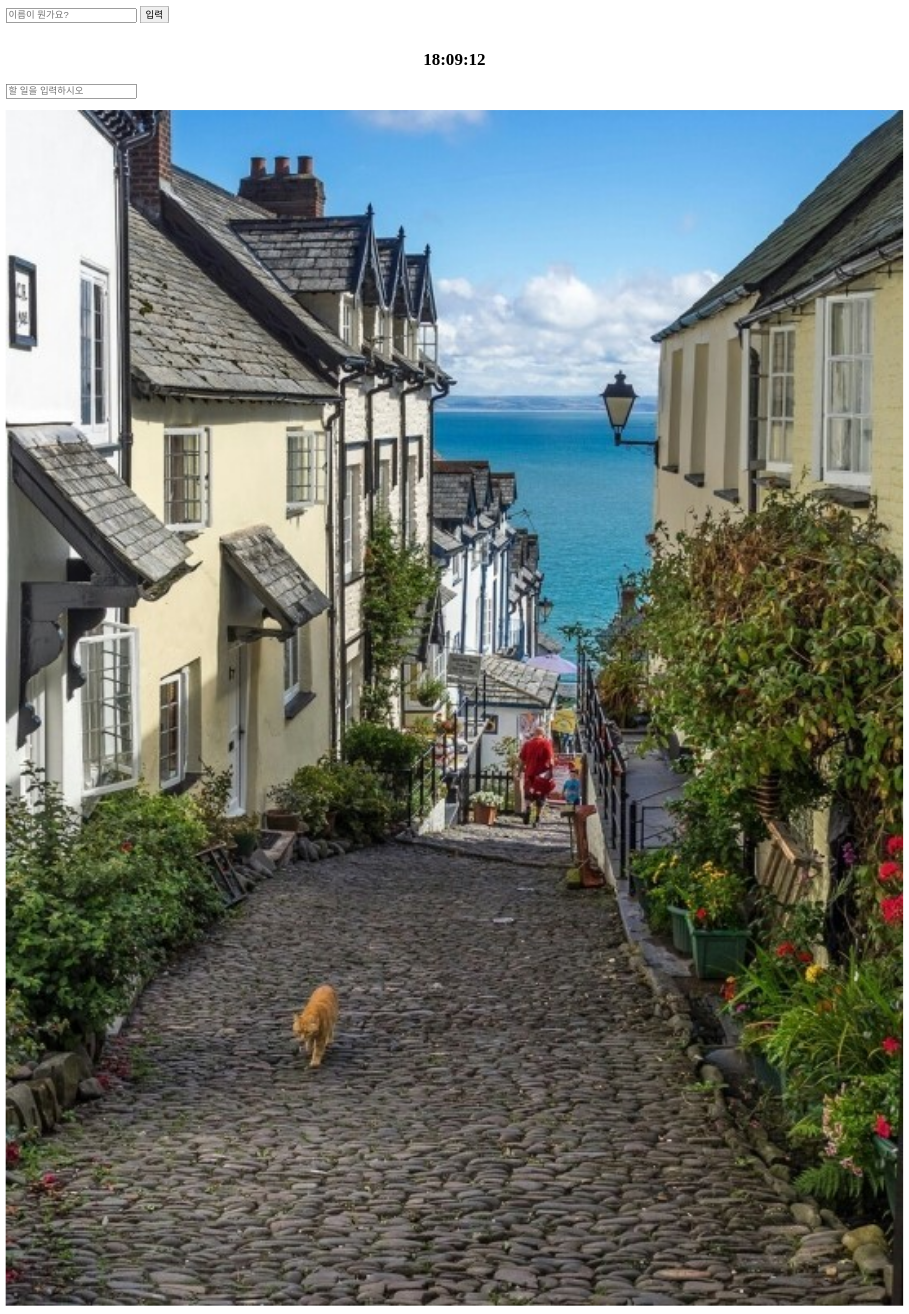
Repository: jun01270/F-E-practice
Page: index.html
These files come from the project's save history. The page is drawn as it stood at one moment and after the next save; the edit follows.
The browser window is 1280 px wide. The pictures show the whole page, at 71% of full size.

Above is the page before, as saved 2023-01-09 18:15:23.
Console error: TypeError: Cannot read properties of null (reading 'addEventListener')

### index.html
<!DOCTYPE html>
<html lang="en">
  <head>
    <meta charset="UTF-8" />
    <meta http-equiv="X-UA-Compatible" content="IE=edge" />
    <meta name="viewport" content="width=device-width, initial-scale=1.0" />
    <link rel="stylesheet" href="/css/style.css" />
    <title>Document</title>
  </head>
  <body>
    <div id="wrapper">
      <form id="userName-form" class="hidden">
        <input required type="text" placeholder="이름이 뭔가요?" />
        <input type="submit" value="입력" />
      </form>
      <br />
      <h2 id="clock">00:00:00</h2>
      <form id="todo-form">
        <input type="text" placeholder="할 일을 입력하시오" />
      </form>
      <ul id="todo-list"></ul>
      <div id="quote">
        <span></span>
        <span></span>
      </div>
    </div>
    <script src="/js/greeting.js"></script>
    <script src="/js/clock.js"></script>
    <script src="/js/quotes.js"></script>
    <script src="/js/background.js"></script>
    <script src="js/todo.js"></script>
    <script src="/js/weather.js"></script>
  </body>
</html>

### css/style.css
.hidden {
  display: none;
}

#background {
  width: 100%;
  height: 100%;
}

#clock {
  display: flex;
  justify-content: center;
  align-items: center;
}

### js/greeting.js
const userNameBtn = document.querySelector("#userName-form submit");
const userName = document.querySelector("#userName-form input");
const loginForm = document.querySelector("#userName-form");
const firstH1 = document.getElementById("result");
const SavedUserName = localStorage.getItem("username");
const HIDDEN_CLASSNAME = "hidden";
const toStart = document.querySelector("button.boom");

function loginResult(e) {
  e.preventDefault();
  loginForm.classList.add(HIDDEN_CLASSNAME);
  const userName1 = userName.value;
  localStorage.setItem("username", userName1);
  paintUserName();
}

function paintUserName() {
  const userName1 = localStorage.getItem("username");
  firstH1.innerText = `Hello ${userName1}`;
  firstH1.classList.remove(HIDDEN_CLASSNAME);
}

if (SavedUserName === null) {
  loginForm.classList.remove(HIDDEN_CLASSNAME);
  loginForm.addEventListener("submit", loginResult);
} else {
  paintUserName();
}

function deleteUserName() {
  localStorage.removeItem("username");
  location.reload();
}

toStart.addEventListener("click", deleteUserName);
console.log(toStart.className);

### js/clock.js
const clock = document.querySelector("h2#clock");

function getClock() {
  const date = new Date();
  let Hours = String(date.getHours()).padStart(2, "0");
  let Minutes = String(date.getMinutes()).padStart(2, "0");
  let Seconds = String(date.getSeconds()).padStart(2, "0");
  console.log(`${date.getHours()}:${date.getMinutes()}:${date.getSeconds()}`);
  clock.innerText = `${Hours}:${Minutes}:${Seconds}`;
}

getClock();
setInterval(getClock, 1000);

### js/quotes.js
const quotes = [
  {
    quote: "삶이 있는 한 희망은 있다",
    author: "-키케로",
  },
  {
    quote: "산다는것 그것은 치열한 전투이다.",
    author: "-로망로랑",
  },
  {
    quote: "하루에 3시간을 걸으면 7년 후에 지구를 한바퀴 돌 수 있다. ",
    author: "-사무엘존슨",
  },
  {
    quote: "언제나 현재에 집중할수 있다면 행복할것이다. ",
    author: "-파울로 코엘료",
  },
  {
    quote:
      "진정으로 웃으려면 고통을 참아야하며 , 나아가 고통을 즐길 줄 알아야 해 ",
    author: "-찰리 채플린",
  },
  {
    quote: "직업에서 행복을 찾아라. 아니면 행복이 무엇인지 절대 모를 것이다 ",
    author: "-엘버트 허버드",
  },
  {
    quote: "신은 용기있는자를 결코 버리지 않는다 ",
    author: "-켄러",
  },
  {
    quote:
      "행복의 문이 하나 닫히면 다른 문이 열린다 그러나 우리는 종종 닫힌 문을 멍하니 바라보다가 우리를 향해 열린 문을 보지 못하게 된다 ",
    author: "–헬렌켈러",
  },
  {
    quote: "피할수 없으면 즐겨라 ",
    author: "–로버트 엘리엇",
  },
];
const quoteCount = quotes.length;
const quote = document.querySelector("#quote span:first-child");
const author = document.querySelector("#quote span:last-child");
const todaysQuote = quotes[Math.floor(Math.random() * quoteCount)];

function showQuote() {
  console.log(quotes[Math.floor(Math.random() * quoteCount)]);
  quote.innerText = todaysQuote.quote;
  author.innerText = todaysQuote.author;
}

// setInterval(showQuote, 1000);

### js/background.js
const images = ["flower.jpg", "street.jpg", "tree.jpg"];
const chosenImage = images[Math.floor(Math.random() * images.length)];
const bgImage = document.createElement("img");
bgImage.id = "background";
console.log(bgImage.id);

bgImage.src = `img/${chosenImage}`;

document.body.appendChild(bgImage);

### js/todo.js
const toDoForm = document.getElementById("todo-form");
const toDoInput = document.querySelector("#todo-form input");
const toDoLi = document.querySelector("#todo-list li");
const toDoList = document.getElementById("todo-list");
const TODOS_KEY = "todos";
let toDos = [];

function saveToDoLists() {
  localStorage.setItem(TODOS_KEY, JSON.stringify(toDos));
}

function deleteToDo(e) {
  const todoLi = e.target.parentNode;
  todoLi.remove();
  const cleanToDos = toDos.filter((toDo) => toDo.id !== todoLi.id);
  toDos = cleanToDos;
  saveToDoLists();
}

function paintToDo(newToDoObj) {
  const listOfToDo = document.createElement("li");
  listOfToDo.id = newToDoObj.Id;
  const span = document.createElement("span");
  span.innerText = newToDoObj.text;
  const deleteButton = document.createElement("button");
  deleteButton.innerText = "X";
  deleteButton.addEventListener("click", deleteToDo);
  listOfToDo.appendChild(span);
  listOfToDo.appendChild(deleteButton);
  toDoList.appendChild(listOfToDo);
}

function handleToDoSubmit(e) {
  e.preventDefault();
  const newToDo = toDoInput.value;
  toDoInput.value = "";
  const newToDoObj = {
    text: newToDo,
    id: toDos.length + 1,
  };
  toDos.push(newToDoObj);
  paintToDo(newToDoObj);
  saveToDoLists();
}

toDoForm.addEventListener("submit", handleToDoSubmit);

const getToDo = localStorage.getItem(TODOS_KEY);
if (getToDo !== null) {
  const parseToDo = JSON.parse(getToDo);
  toDos = parseToDo;
  parseToDo.forEach(paintToDo);
}

### js/weather.js
const API_KEY = "fbf7375beaa21a73574692bdaef4a2e7";

function onGeoSuc(position) {
  const lat = position.coords.latitude;
  const lon = position.coords.longitude;
  console.log("Your position is", lat, lon);
  const url = `https://api.openweathermap.org/geo/1.0/reverse?lat=${lat}&lon=${lon}&limit={limit}&appid=${API_KEY}`;
  console.log(url);
}

function onGeoErr() {
  alert("위치를 찾을 수 없습니다.");
}
navigator.geolocation.getCurrentPosition(onGeoSuc, onGeoErr);

After the next save:
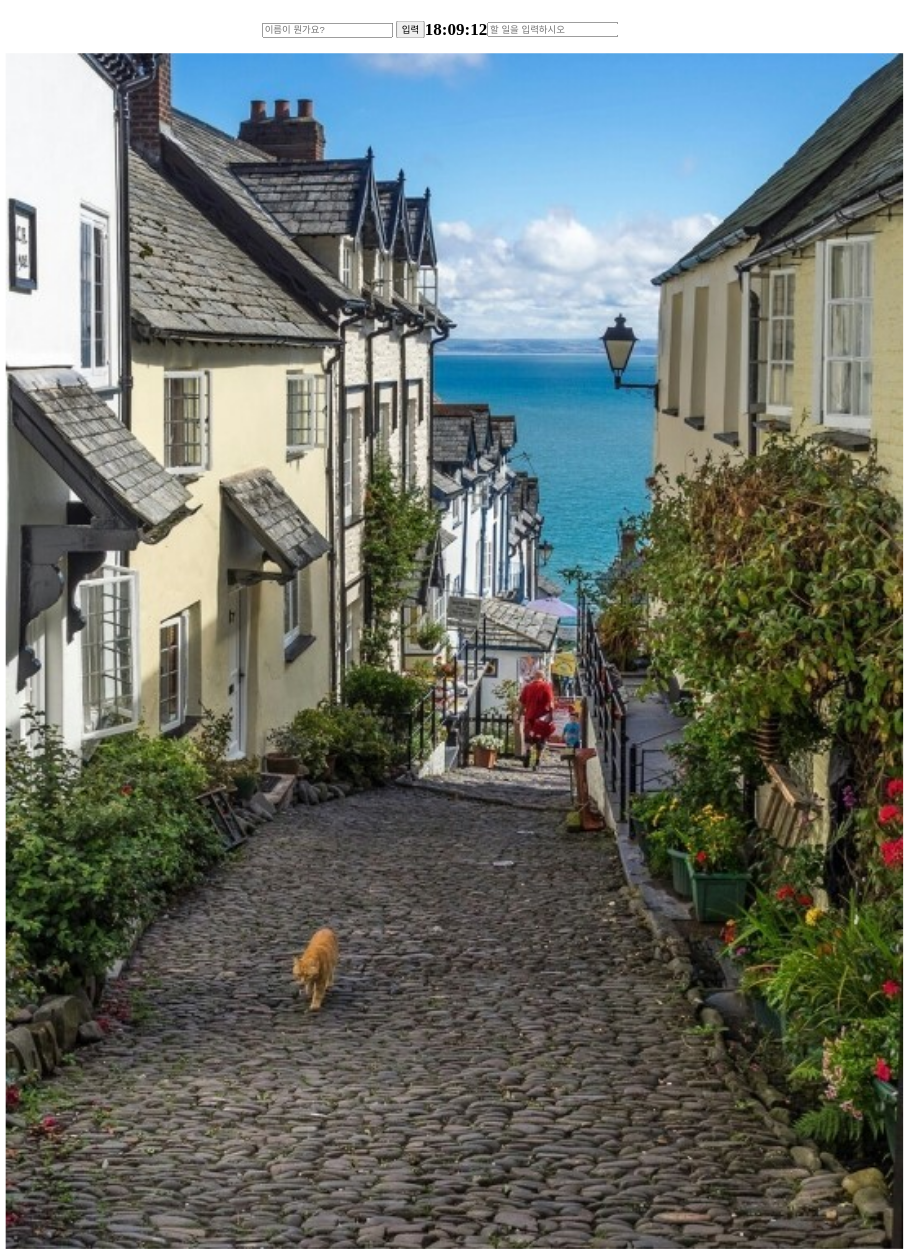
Saved 12 s later.
--- a/css/style.css
+++ b/css/style.css
@@ -7,7 +7,13 @@
   height: 100%;
 }
 
-#clock {
+/* #clock {
+  display: flex;
+  justify-content: center;
+  align-items: center;
+} */
+
+#wrapper {
   display: flex;
   justify-content: center;
   align-items: center;
